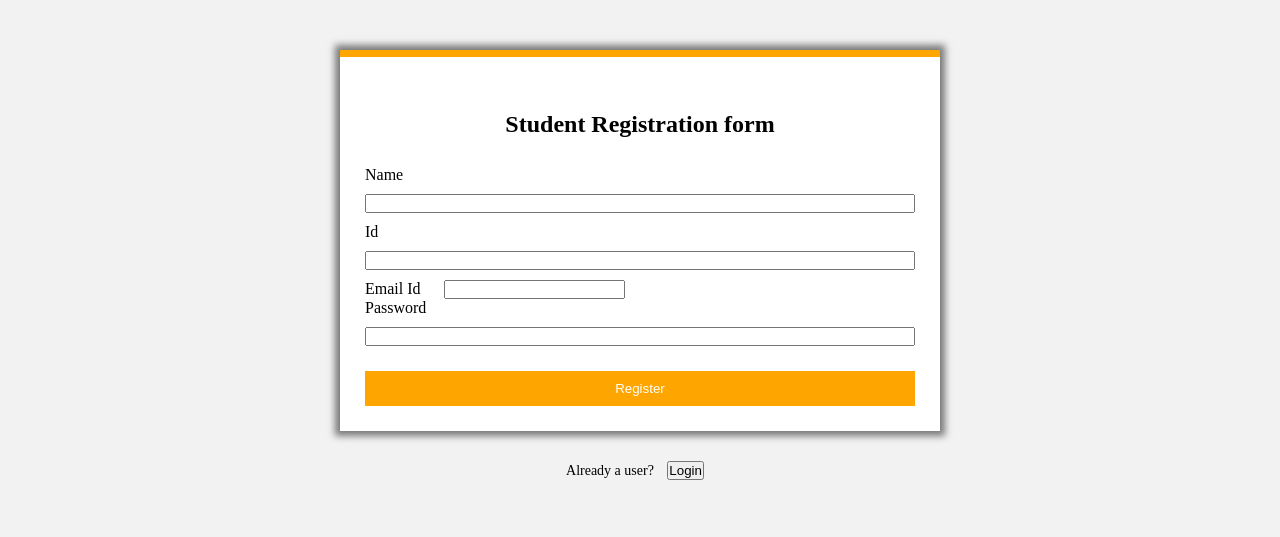
Repository: Sameer-0/workspace
Page: http://localhost/StudentCrud/views/index.jsp
The author's editor kept a copy of each file at every save. The page is drawn from the files as they stood at one save, then again after the next save.
The browser window is 1280 px wide. The pictures show the whole page.
The page is served by Tomcat 9.

Above is the page before, as saved 2022-07-12 08:09:59.

After the next save:
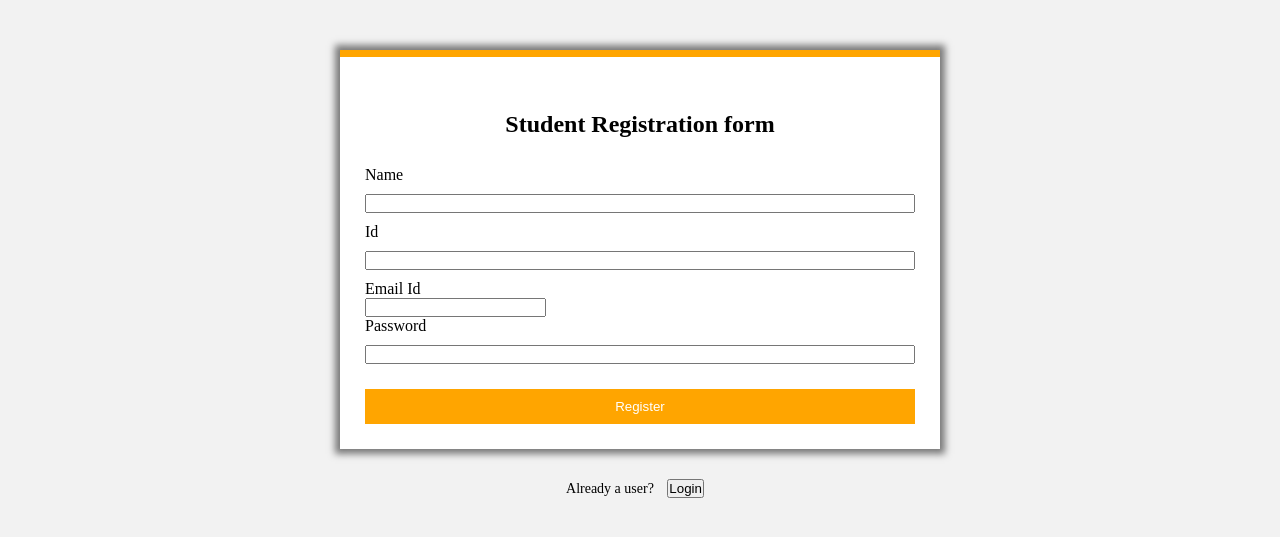
Saved 3 min 22 s later.
--- a/StudentCrud/src/main/webapp/views/index.jsp
+++ b/StudentCrud/src/main/webapp/views/index.jsp
@@ -22,7 +22,7 @@
 					class="error"></span> <input type="text" class="name"
 					name="id" id="id"><br>
 
-					<label for="email">Email Id</label><span id="email-message" class="error"></span> <input type="text"
+					<label for="email">Email Id</label><span id="email-message" class="error"></span><br> <input type="text"
 					class="email" name="email" id="mail"><br>
 
 					<label for="password">Password</label><span id="password-message" class="error"></span><br>
